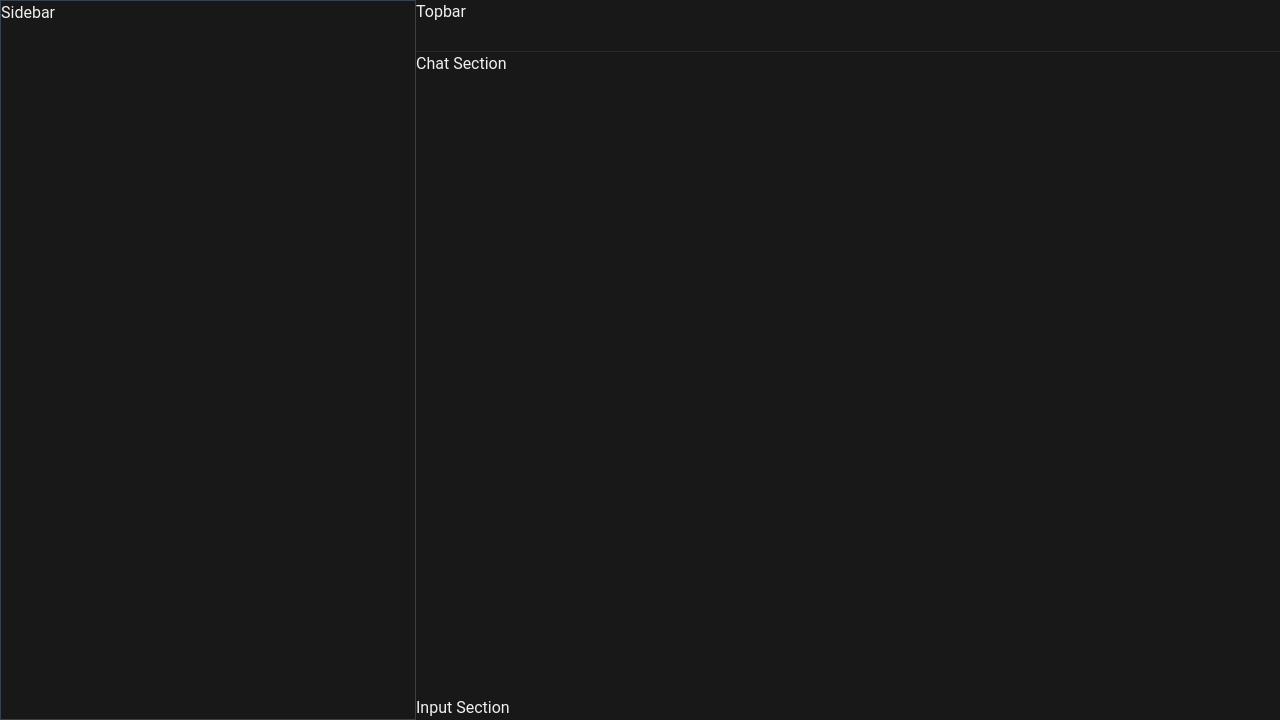
Repository: Qu4ntumGuy/telegram-clone
Page: /
An editor plug-in stored every save of this project. The page is shown before and after the next save, followed by the edit.
The browser window is 1280 px wide. The pictures show the whole page.
The project was rebuilt for these pictures with package versions that can differ from the ones it lists, and the page was loaded fresh each time. Also part of the build but not shown: src/Utils/ContextProvider.js.

Above is the page before, as saved 2024-07-15 11:23:14.

After the next save:
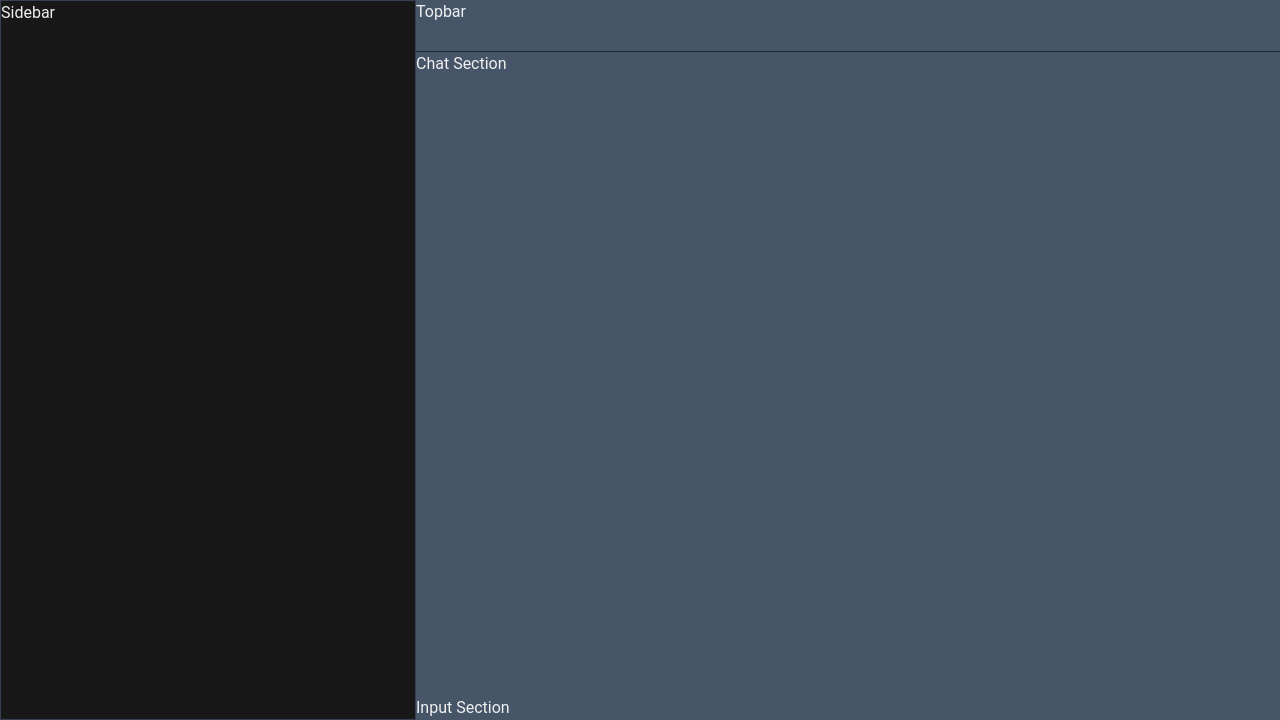
Saved 46 s later.
--- a/src/Pages/Home/Home.js
+++ b/src/Pages/Home/Home.js
@@ -14,7 +14,7 @@ function Home() {
   //   };
   return (
     <div
-      className="flex flex-col justify-center bg-contain bg-center h-screen w-full "
+      className="flex flex-col justify-center bg-contain bg-center h-screen bg-slate-600 w-full "
       style={{ backgroundImage: `url(${image})` }}
     >
       <div className="top-0 mb-auto h-14 border-b border-gray-800">Topbar</div>
